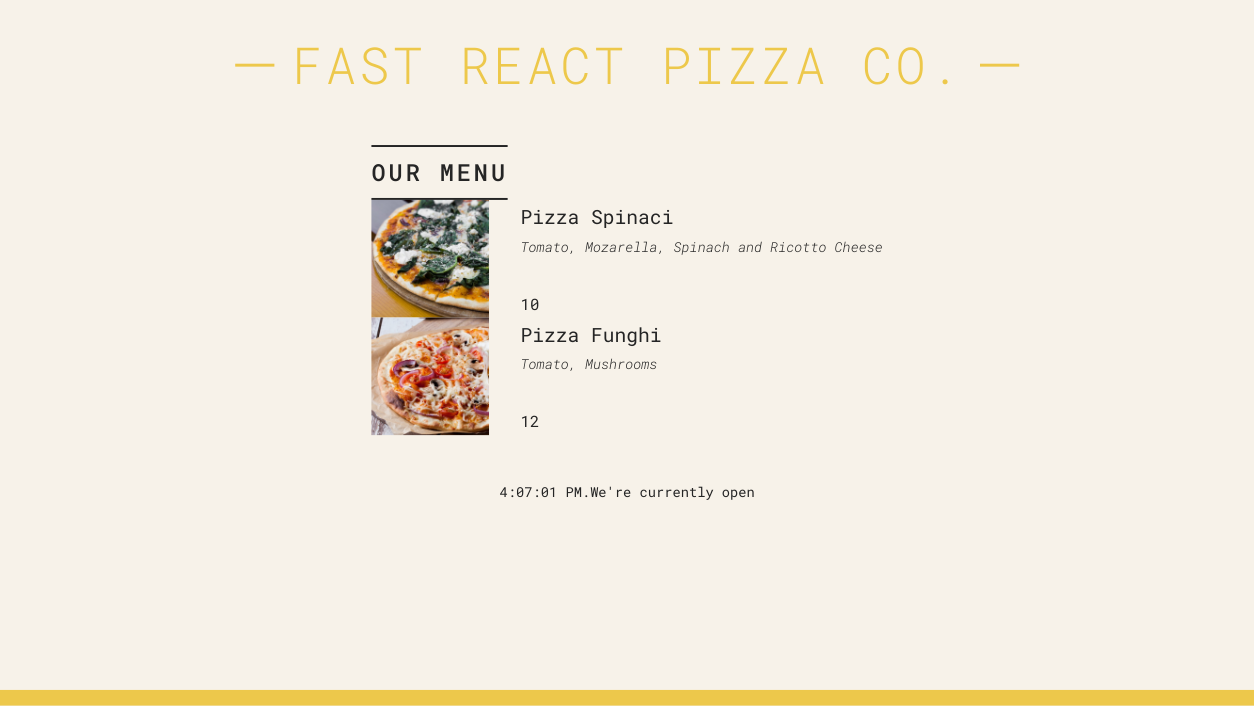
Repository: Aaryan-Poria/pizza-menu
Page: /
The author's editor kept a copy of each file at every save. The page is drawn from the files as they stood at one save, then again after the next save.
The browser window is 1280 px wide. The pictures show the whole page, at 98% of full size.
The project was rebuilt for these pictures with package versions that can differ from the ones it lists, and the page was loaded fresh each time.

Above is the page before, as saved 2023-10-10 21:46:36.

### src/index.js
import React from "react";
import ReactDOM from "react-dom/client";
import "./index.css";

const pizzaData = [
  {
    name: "Focaccia",
    ingredients: "Bread with italian olive oil and rosemary",
    price: 6,
    photoName: "pizzas/focaccia.jpg",
    soldOut: false,
  },
  {
    name: "Pizza Margherita",
    ingredients: "Tomato and mozarella",
    price: 10,
    photoName: "pizzas/margherita.jpg",
    soldOut: false,
  },
  {
    name: "Pizza Spinaci",
    ingredients: "Tomato, mozarella, spinach, and ricotta cheese",
    price: 12,
    photoName: "pizzas/spinaci.jpg",
    soldOut: false,
  },
  {
    name: "Pizza Funghi",
    ingredients: "Tomato, mozarella, mushrooms, and onion",
    price: 12,
    photoName: "pizzas/funghi.jpg",
    soldOut: false,
  },
  {
    name: "Pizza Salamino",
    ingredients: "Tomato, mozarella, and pepperoni",
    price: 15,
    photoName: "pizzas/salamino.jpg",
    soldOut: true,
  },
  {
    name: "Pizza Prosciutto",
    ingredients: "Tomato, mozarella, ham, aragula, and burrata cheese",
    price: 18,
    photoName: "pizzas/prosciutto.jpg",
    soldOut: false,
  },
];

function App() {
  return (
    <div className="container">
      <Header />
      <Menu />
      <Footer />
    </div>
  );
}

function Header() {
  const style = {}; // A JS Object
  return (
    <header className="header">
      <h1 style={style}>Fast React Pizza Co.</h1>
    </header>
  ); // CSS in JSX is an object. We have another {} to basically enter JS Mode
}
function Menu() {
  return (
    <main className="menu">
      <div>
        <h2> Our Menu</h2>
        <Pizza
          name="Pizza Spinaci"
          ingredients="Tomato, Mozarella, Spinach and
        Ricotto Cheese"
          photoName="pizzas/spinaci.jpg"
          price={10}
        />
        <Pizza
          name="Pizza Funghi"
          ingredients="Tomato, Mushrooms"
          price={12}
          photoName="pizzas/funghi.jpg"
        />
      </div>
    </main>
  );
}

function Pizza(props) {
  // Receiving props (Properties in function)
  return (
    <div className="pizza">
      <img src={props.photoName} alt={props.name}></img>
      <div>
        <h3>{props.name}</h3>
        <p>{props.ingredients}</p>
        <span>{props.price}</span>
      </div>
    </div>
  );
}

function Footer() {
  const hour = new Date().getHours();
  const openingHour = 8;
  const closingHour = 23;

  const isOpen = hour >= openingHour && hour <= closingHour;

  return (
    <footer className="footer">
      {new Date().toLocaleTimeString()}.We're currently open
    </footer>
  );
}

// React Version 18 and further
const root = ReactDOM.createRoot(document.getElementById("root"));
root.render(
  <React.StrictMode>
    <App />
  </React.StrictMode>
);

Loaded but not shown: public/index.html (common file); src/index.css (common file)

After the next save:
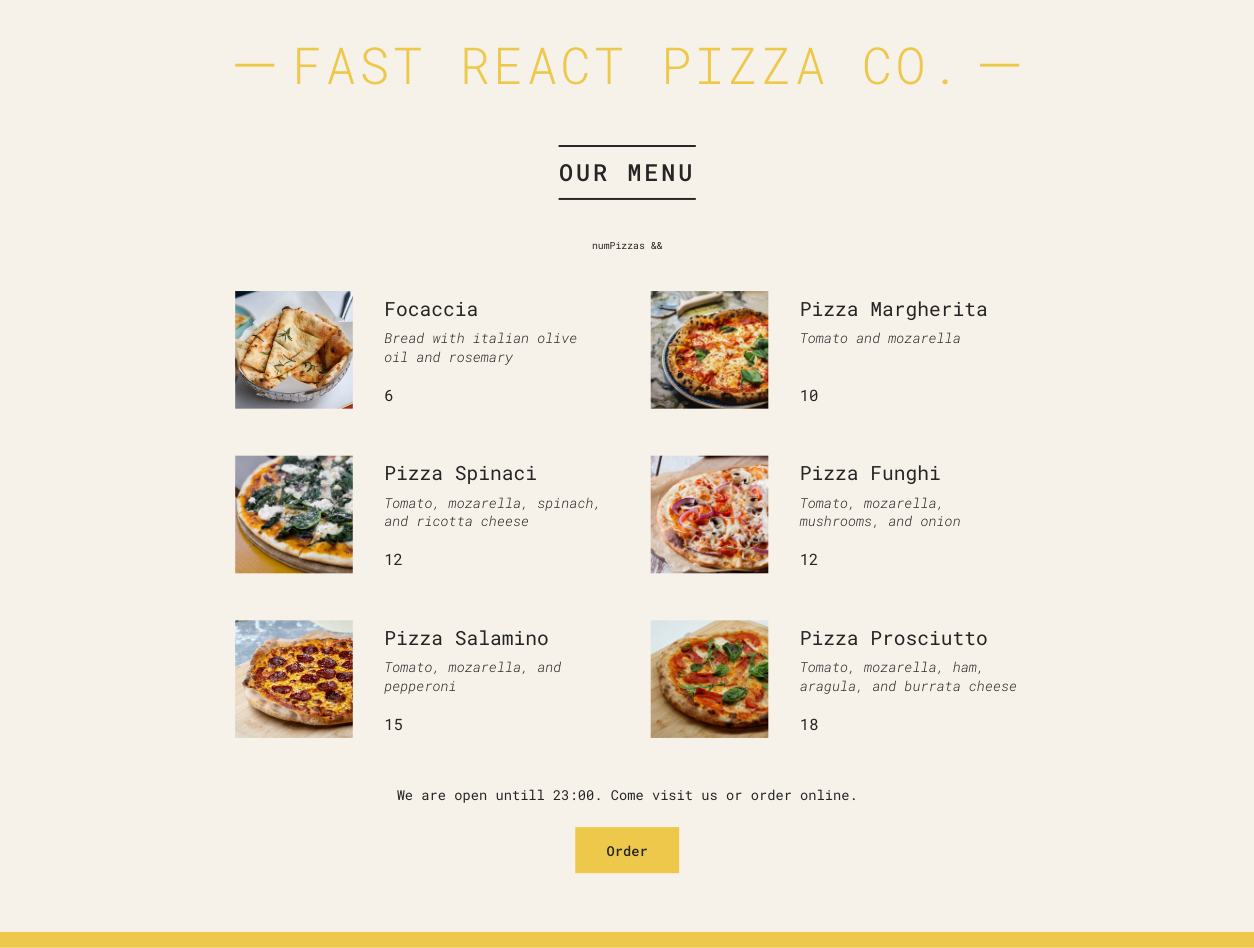
Saved 10 days later.
--- a/src/index.js
+++ b/src/index.js
@@ -66,11 +66,23 @@ function Header() {
   ); // CSS in JSX is an object. We have another {} to basically enter JS Mode
 }
 function Menu() {
+  const pizzas = pizzaData;
+  const numPizzas = pizzas.length;
   return (
     <main className="menu">
-      <div>
-        <h2> Our Menu</h2>
-        <Pizza
+      <h2> Our Menu</h2>
+      numPizzas &&{" "}
+      <ul className="pizzas">
+        {pizzas.map((pizza) => (
+          <Pizza pizzaObj={pizza} key={pizza.name} /> // Passing in the Props
+        ))}
+      </ul>
+      {/*
+      yellow {} ABOVE = to enter JS mode
+      Each pizzaObj is a pizza from our pizzaDATA array
+      This object is passed into the pizza function for rendering
+
+      <Pizza
           name="Pizza Spinaci"
           ingredients="Tomato, Mozarella, Spinach and
         Ricotto Cheese"
@@ -82,8 +94,7 @@ function Menu() {
           ingredients="Tomato, Mushrooms"
           price={12}
           photoName="pizzas/funghi.jpg"
-        />
-      </div>
+  /> */}
     </main>
   );
 }
@@ -91,14 +102,14 @@ function Menu() {
 function Pizza(props) {
   // Receiving props (Properties in function)
   return (
-    <div className="pizza">
-      <img src={props.photoName} alt={props.name}></img>
+    <li className="pizza">
+      <img src={props.pizzaObj.photoName} alt={props.pizzaObj.name}></img>
       <div>
-        <h3>{props.name}</h3>
-        <p>{props.ingredients}</p>
-        <span>{props.price}</span>
+        <h3>{props.pizzaObj.name}</h3>
+        <p>{props.pizzaObj.ingredients}</p>
+        <span>{props.pizzaObj.price}</span>
       </div>
-    </div>
+    </li>
   );
 }
 
@@ -111,7 +122,14 @@ function Footer() {
 
   return (
     <footer className="footer">
-      {new Date().toLocaleTimeString()}.We're currently open
+      {isOpen && (
+        <div className="order">
+          <p>
+            We are open untill {closingHour}:00. Come visit us or order online.
+          </p>
+          <button className="btn">Order</button>
+        </div>
+      )}
     </footer>
   );
 }
